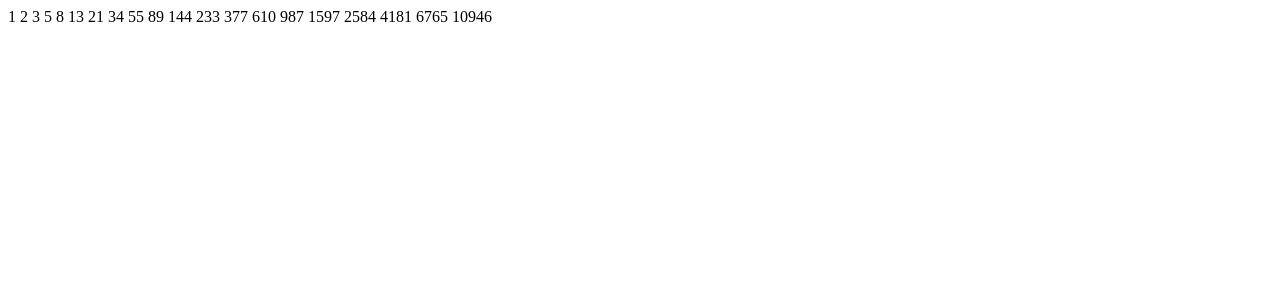
Repository: nuki3ma3/WEBCAMP_PHP_Beginner
Page: http://localhost/PHP_kadai/fibonacci.php
The author's editor kept a record of every edit. The page is drawn from the files as they stood at one moment, then again after the next edit.
The browser window is 1280 px wide. The pictures show the whole page.
The page is run by PHP 8.4 with error messages shown; the project is at /var/www/html/.

Above is the page before.

### PHP_kadai/fibonacci.php
<?php
$i=1;
$j=0;

while(($k=$i+$j)<10000){

$i=$j;
$j=$k;
$k=$i+$j;
echo "{$k}";
echo "\n";
}

After the next edit:
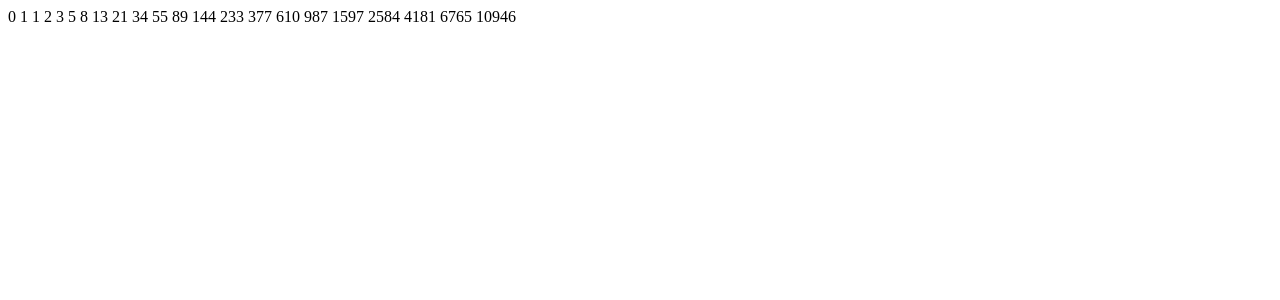
The edit:
--- a/PHP_kadai/fibonacci.php
+++ b/PHP_kadai/fibonacci.php
@@ -1,7 +1,10 @@
 <?php
 $i=1;
 $j=0;
-
+echo $j;
+echo "\n";
+echo $i;
+echo "\n";
 while(($k=$i+$j)<10000){
 
 $i=$j;
